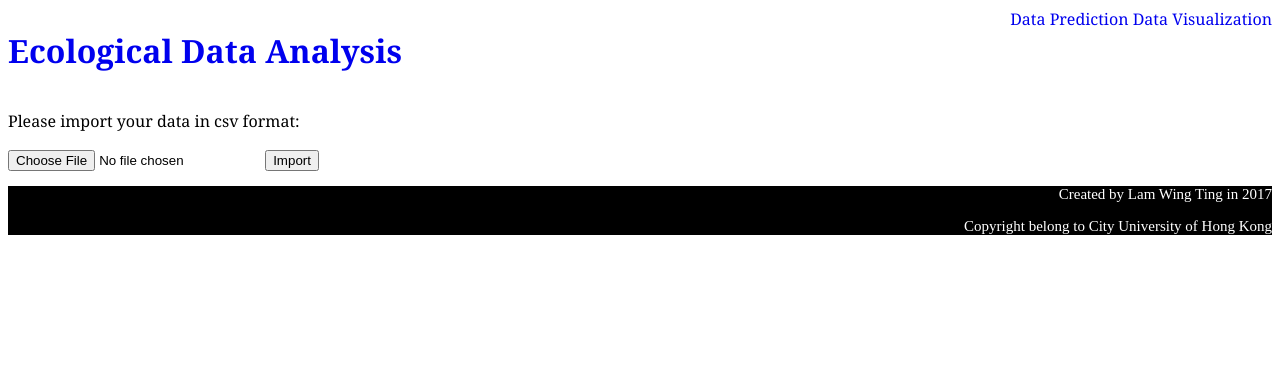
Repository: JenniferLam/FYP
Page: WebAppDev/FYP_webapp/WebContent/prediction/dataPred.html
These files come from the project's save history. The page is drawn as it stood at one moment and after the next save; the edit follows.
The browser window is 1280 px wide. The pictures show the whole page.

Above is the page before, as saved 2018-02-02 14:50:31.

### WebAppDev/FYP_webapp/WebContent/prediction/dataPred.html
<!DOCTYPE html PUBLIC "-//W3C//DTD HTML 4.01 Transitional//EN" "http://www.w3.org/TR/html4/loose.dtd">
<html>
<head>
<meta http-equiv="Content-Type" content="text/html; charset=BIG5">
<link href="dataPred.css" type="text/css" rel="stylesheet">
<link href="../common.css" type="text/css" rel="stylesheet">
<script src="dataPred.js"></script>
<script type="view" id="filterView">

	<form>
		<p>Please choose the time range for prediction:</p>
		<label>From</label>
		<select id="dateFrom"></select>
		<label>To</label>

		<p>Please choose the species or specific family for prediction:</p>
		<select id="dataTo"></select>
		<label>Family</label>
		<select id="species></select>

		<button type="submit" onsubmit="">Submit</button>
		<span id="displayMsg"></span>
	</form>


</script>
<script type="view" id="resultView">
	<p>Prediction Result</p>
	<div id="predictResult"></div>

</script>

<title>Data Prediction</title>
</head>


<body>
	<div id="header">
		<h1>
			<a href="../main/main.html">Ecological Data Analysis</a>
		</h1>
		<div id="shortcut">
			<a href="../prediction/dataPred.html">Data Prediction</a>
			<a href="../visualization/dataVisual.html">Data Visualization</a>
		</div>
	</div>
<div id="container">
<p>Please import your data in csv format:</p>
<input type="file" name="uploadFile">
<button type='submit'onsubmit="fileUpload()">Import</button>
<span id="responseMsg"></span>


<div id="filter">
</div>


</div>


	<div id="footer">
		<p>Created by Lam Wing Ting in 2017</p>
		<p>Copyright belong to City University of Hong Kong</p>
	</div>
</body>
</html>

### WebAppDev/FYP_webapp/WebContent/common.css
body{
	font-family:Georgia, serif;
}
a{
	text-decoration: none;
}
a:visited
{
    text-decoration: none;
    color:black;
}
#header{
	width:100%;
	display:inline-block;
	/*background-color: rgb(102, 255, 102);*/
}
nav{
	display:inline;
	float:right;

}
h1{
	float:left;

}
#shortcut{
	float:right;
}
#footer{
	background-color:black;
	width:100%;
	color: white;
	text-align:right;
	font-family:Times New Roman, Times, serif;
	font-size:15px;
}

### WebAppDev/FYP_webapp/WebContent/prediction/dataPred.js
fileUpload = function(){


	// Display response message
	// 1. Loading... Please wait
	// 2. The import is successful
	// 3. Wrong column name
	// 4. Wrong date format

}

displayUserSelection = function(){
	// If fileUpload() returns true, then ask user to choose the time range and species


}

dataPrediction = function(){

	// Display response message
	// 1. Loading... Please wait

}

printPredictionResult = function(){

}

Loaded but not shown: WebAppDev/FYP_webapp/WebContent/prediction/dataPred.css (no copy from this time; the picture is the same without it)

After the next save:
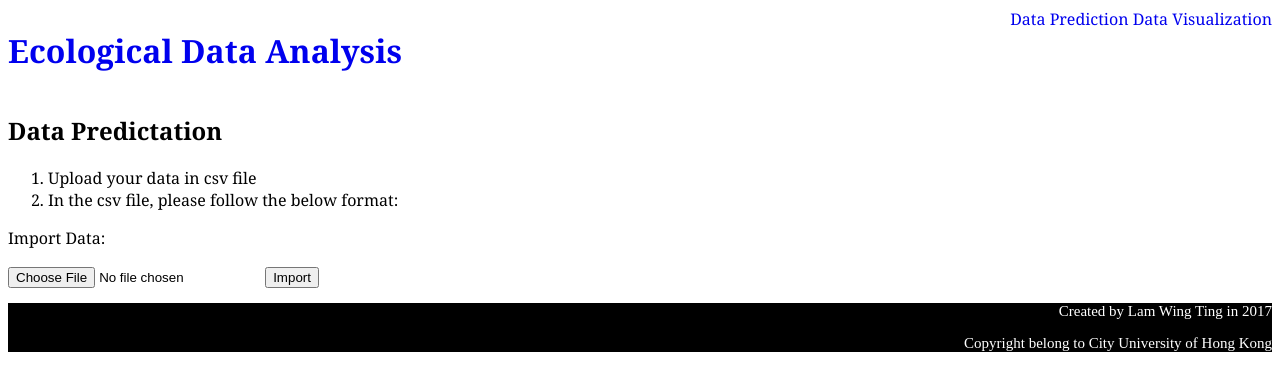
Saved 5 min 8 s later.
--- a/WebAppDev/FYP_webapp/WebContent/prediction/dataPred.html
+++ b/WebAppDev/FYP_webapp/WebContent/prediction/dataPred.html
@@ -45,7 +45,18 @@
 		</div>
 	</div>
 <div id="container">
-<p>Please import your data in csv format:</p>
+<h2>Data Predictation</h2>
+<ol>
+<li>Upload your data in csv file</li>
+<li>In the csv file, please follow the below format:</li>
+<ul>
+<table>
+
+
+</table>
+</ul>
+</ol>
+<p>Import Data:</p>
 <input type="file" name="uploadFile">
 <button type='submit'onsubmit="fileUpload()">Import</button>
 <span id="responseMsg"></span>
